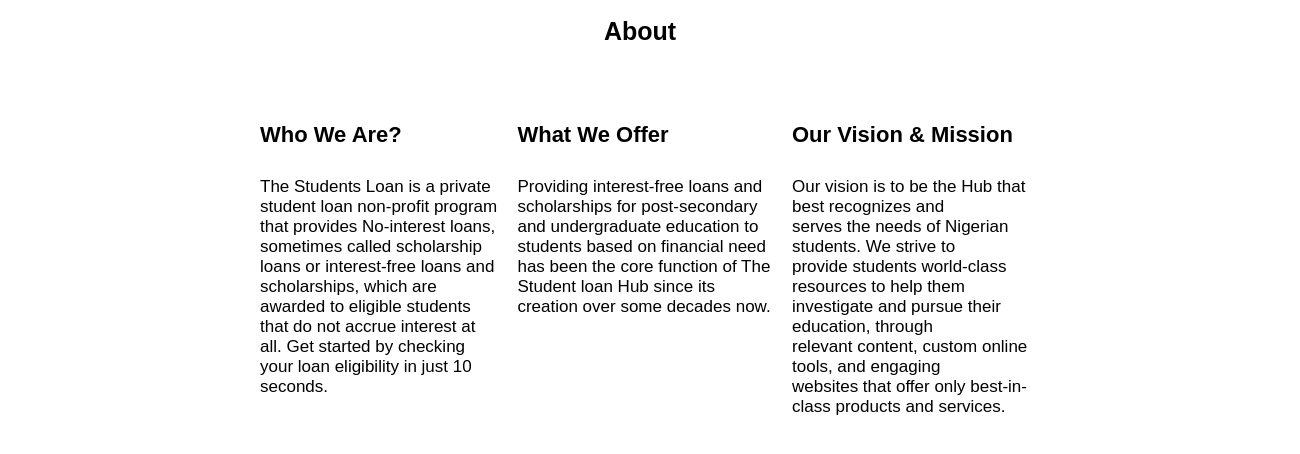
Repository: Tobby004/basic-loanweb
Page: about.html
These files come from the project's save history. The page is drawn as it stood at one moment and after the next save; the edit follows.
The browser window is 1280 px wide. The page is 1280 px wide, then 1300 px, so the pictures cover 1300 px, including what lies to the right of the window. The pictures show the whole page.

Above is the page before, as saved 2023-07-05 10:31:33.

### about.html
<!DOCTYPE html>
<html lang="en">
<head>
    <meta charset="UTF-8">
    <meta http-equiv="X-UA-Compatible" content="IE=edge">
    <meta name="viewport" content="width=device-width, initial-scale=1.0">
    <title>About</title>
    <link rel="stylesheet" href="about.css">
</head>
<body>
    <h1>About</h1>
    <div class="container">
    <div class="box-1">
        <h4>Who We Are?</h4>
        <p>The Students Loan is a private student loan non-profit program that provides No-interest loans, sometimes called scholarship loans or interest-free loans and scholarships, which are awarded to eligible students that do not accrue interest at all. Get started by checking your loan eligibility in just 10 seconds.</p>
    </div>
    <div class="box-2">
        <h4>What We Offer</h4>
        <p>Providing interest-free loans and scholarships for post-secondary and undergraduate education to students based on financial need has been the core function of The Student loan Hub since its creation over some decades now.</p>
    </div>
    <div class="box-3">
        <h4>Our Vision & Mission</h4>
        <p>Our vision is to be the Hub that best recognizes and <br>
            serves the needs of Nigerian students. We strive to <br>
             provide students world-class resources to help them <br>
             investigate and pursue their education, through <br>
             relevant content, custom online tools, and engaging <br>
             websites that offer only best-in-class products and services.</p>
    </div>
    </div>
</body>
</html>

### about.css
*{
    box-sizing: border-box;
}
body {
    margin: 0;
    background: #ffffff;

}

h1 {
    text-align: center;
    font-size: 25px;
    font-family: sans-serif;
}
.container {
    margin: auto;
    display: flex;
    justify-content: space-between;
    height: 300px;
    width: 800px;
    background: #ffffff;
}
.box-1{
  margin-top: 30px;
  height: 230px;
  width: 450px;
  background: white;
}
.box-2{
  margin-top: 30px;
  height: 230px;
  width: 480px;
  background: #ffffff;
}
.container h4 {
    font-size: 22px;
    margin-left: 20px;
    font-family: sans-serif;
}
.container p {
    margin-left: 20px;
    font-size: 17px;
    font-family: sans-serif;
}
.box-3{
    height: 220px;
    width: 480;
    margin-top: 30px;
    background: #ffffff;
}





@media only screen and (max-width:400px) {
    .container {
        display: inline-block;
        width: max-content;
    }
    box-1{
        margin-top: 10px;
        height: 130px;

      }
      box-2{
        margin-top: 10px;
        height: 130px;

      }
      .container h4 {
      font-size: 18px;
      }
      .container p {
      font-size: 12px;
   }
   .box {
        height: 150px;
        width: 30%;
   }
   h4 {
    font-size: 18px;
    line-height: 20px;
  }
  .box p {
    font-size: 12px;
    text-align: right;
    line-height: 20px;
  }





  .contact-box{
    display:block ;
    gap: 20px;
    margin: auto;
    height: 300px;
    width: 100%;
    background: #ffffff;
}
.cob-1 a {
    margin-left: 140px;
}

}

After the next save:
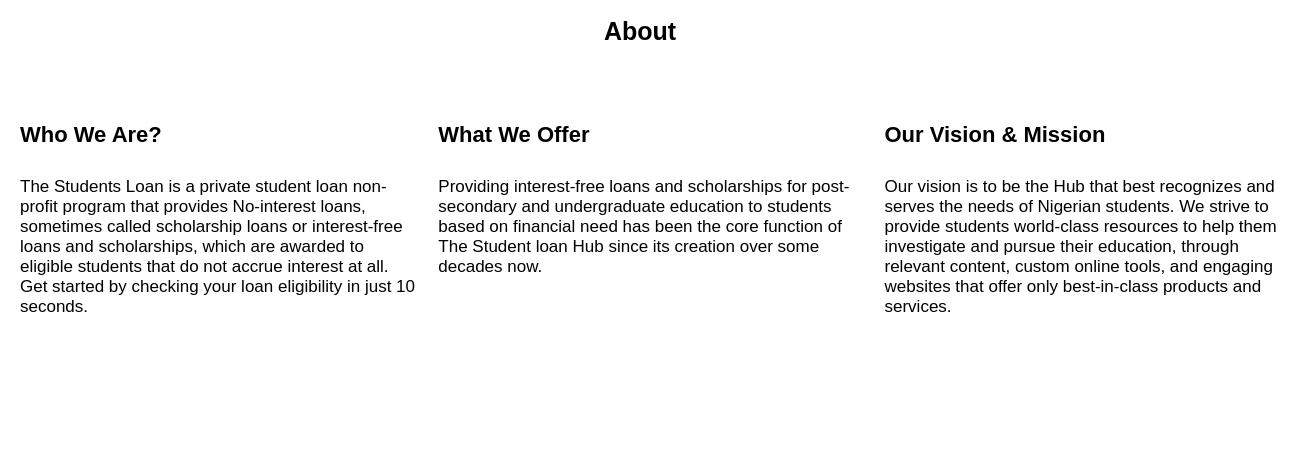
Saved 43 s later.
--- a/about.css
+++ b/about.css
@@ -17,7 +17,7 @@ h1 {
     display: flex;
     justify-content: space-between;
     height: 300px;
-    width: 800px;
+    width: 1300px;
     background: #ffffff;
 }
 .box-1{
